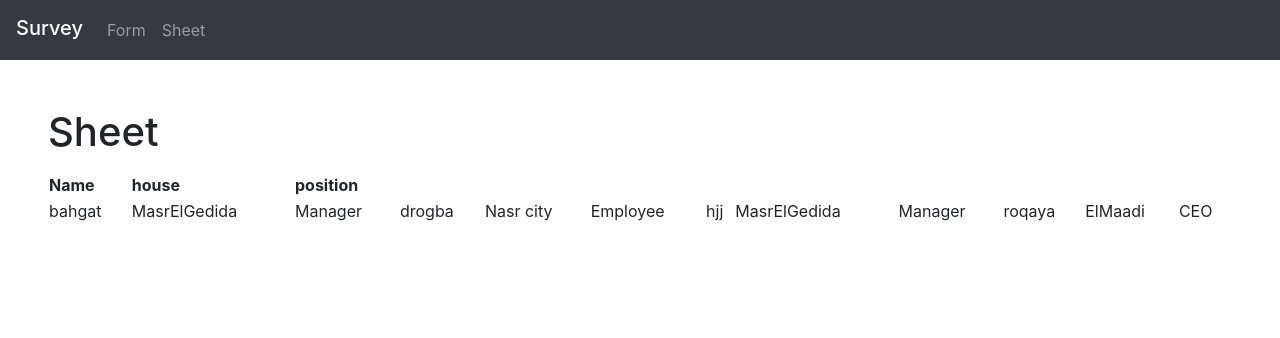
Repository: bahgaat/cs50
Page: http://localhost/sheet
The author's editor kept a record of every edit. The page is drawn from the files as they stood at one moment, then again after the next edit.
The browser window is 1280 px wide. The pictures show the whole page.
The page is served by the project's application, run on Flask 3 (pset7/survey/application.py).

Above is the page before.

After the next edit:
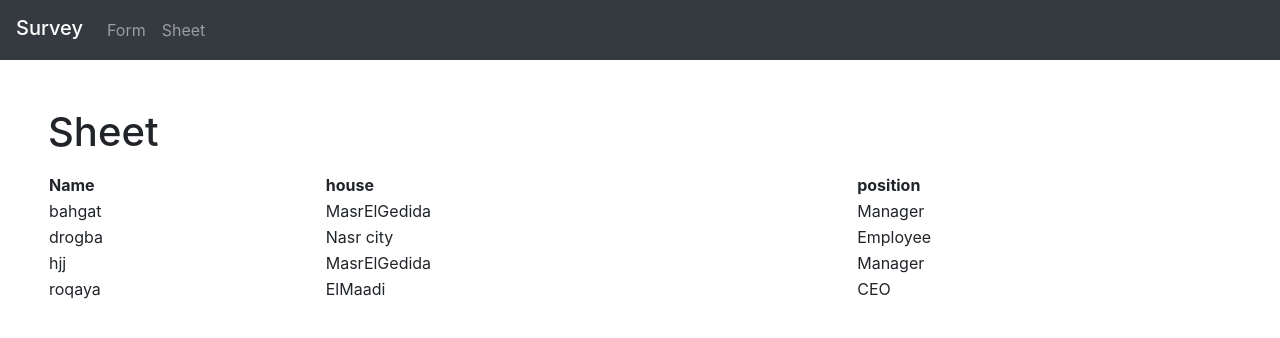
The edit:
--- a/environment/pset7/survey/templates/table.html
+++ b/environment/pset7/survey/templates/table.html
@@ -8,8 +8,9 @@
            <th>house</th>
            <th>position</th>
        </tr>
+
+       {% for student in people %}
        <tr>
-       {% for student in people %}
 
            <td>{{ student[0] }}</td>
            <td>{{ student[1] }}</td>
